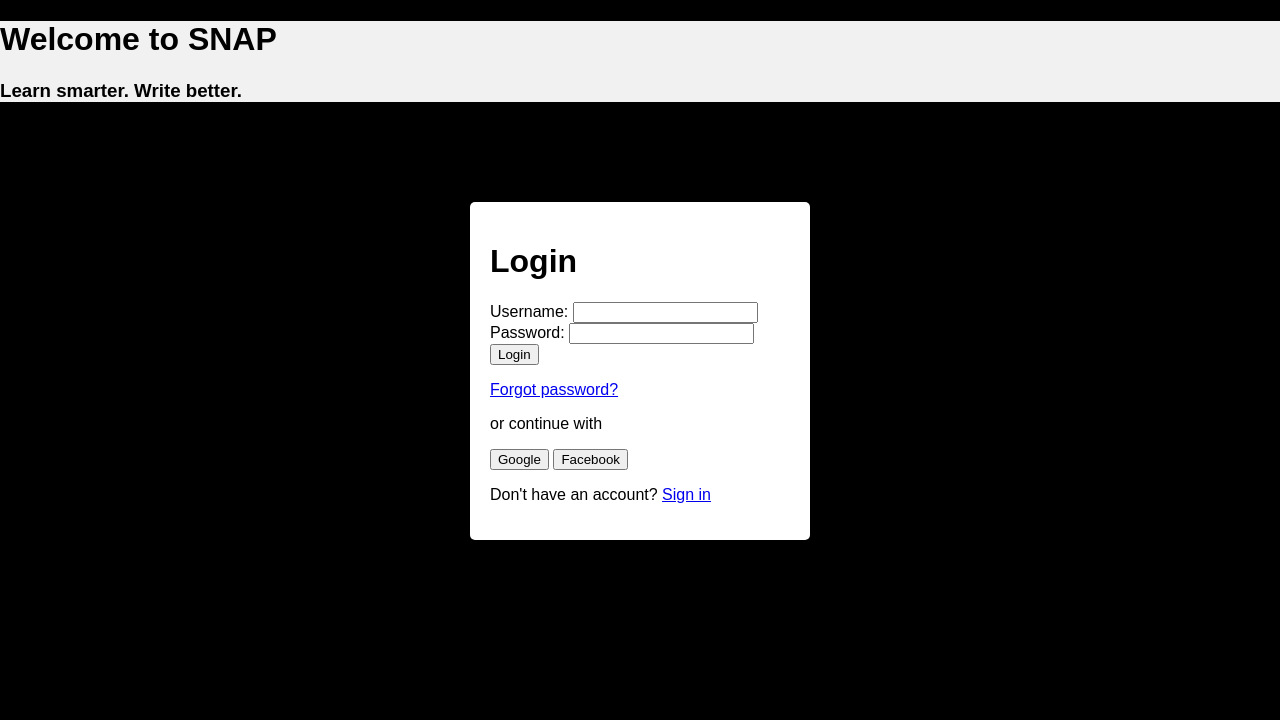
Repository: Lee-Productions-Inc/SNAP_productions
Page: pages/login.html
The author's editor kept a copy of each file at every save. The page is drawn from the files as they stood at one save, then again after a run of saves.
The browser window is 1280 px wide. The pictures show the whole page.

Above is the page before, as saved 2026-09-16 18:31:09.

After the next 2 saves:
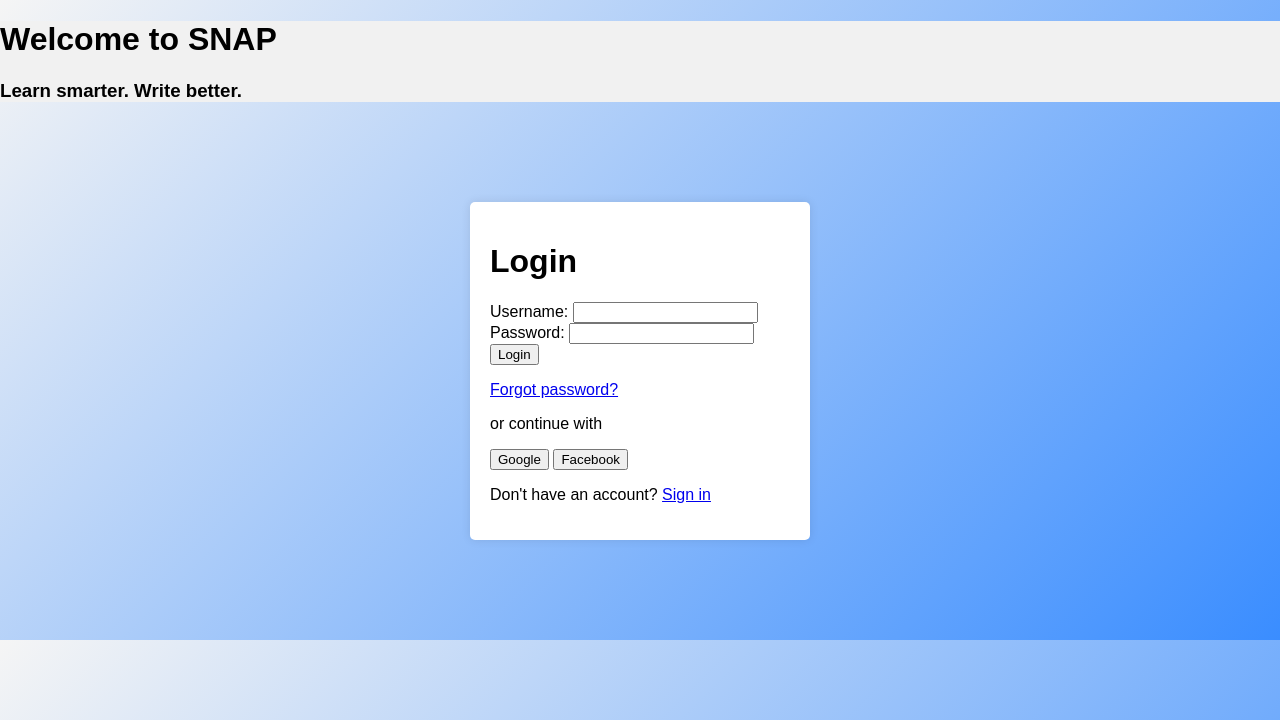
The 2 saves are shown as one change because they came seconds apart.
The last was saved 81 min 0 s later.
--- a/designs/main.css
+++ b/designs/main.css
@@ -2,7 +2,7 @@
     font-family: Arial, sans-serif;
     margin: 0;
     padding: 0;
-    background-color: #000000;
+    background: linear-gradient(135deg, #F5F5F5 0%, #3A8DFF 100%);
 }
 .header{
     background-color: #f1f1f1;
